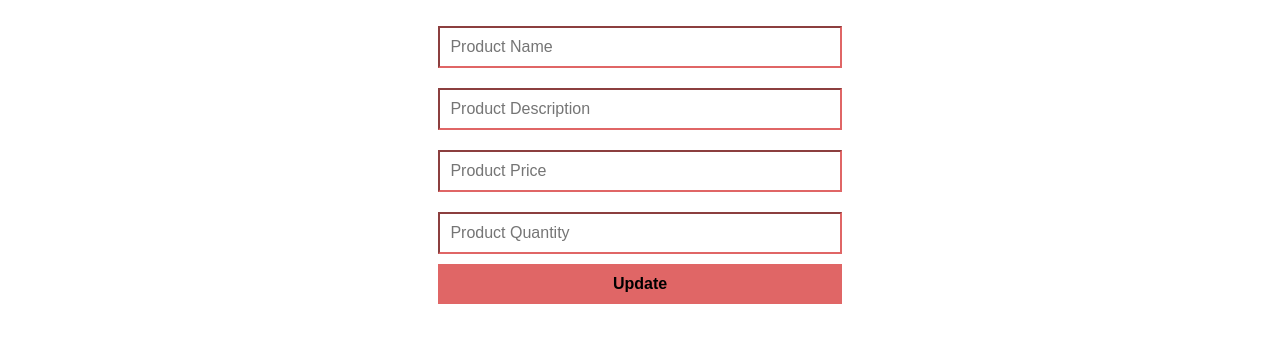
Repository: developerks611/Bumble-bee
Page: http://localhost/Bumble/view-one-brand.jsp
The author's editor kept a copy of each file at every save. The page is drawn from the files as they stood at one save, then again after the next save.
The browser window is 1280 px wide. The pictures show the whole page.
The page is served by Tomcat 9.

Above is the page before, as saved 2023-03-02 06:07:37.

After the next save:
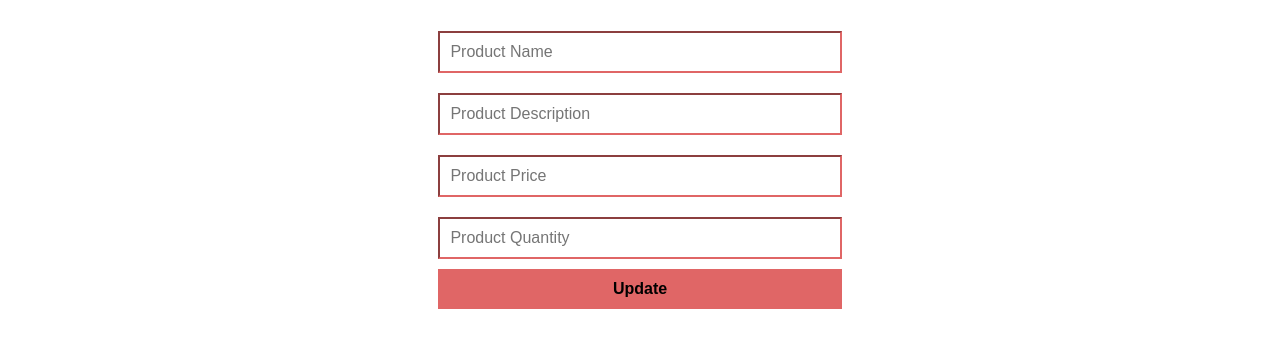
Saved 2 min 30 s later.
--- a/Bumble/src/main/webapp/view-one-brand.jsp
+++ b/Bumble/src/main/webapp/view-one-brand.jsp
@@ -44,11 +44,8 @@
 <p>${message}</p>
 <p>
 <tag:set var = "product" scope = "session" value = "${product}"/>
- <tag:if test = "${product}">
+<h1>${product.getProductid()}</h1>
 
- <h1>${product.getProductid()}</h1>
-
- </tag:if>
 
 </p>
 <form action="updateProduct" method="Post">

After the save that followed:
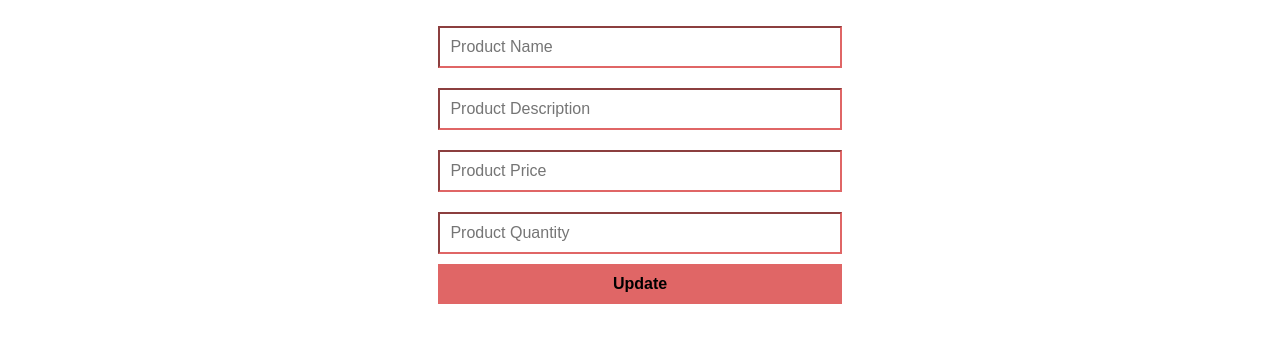
Saved 31 s later.
--- a/Bumble/src/main/webapp/view-one-brand.jsp
+++ b/Bumble/src/main/webapp/view-one-brand.jsp
@@ -44,10 +44,7 @@
 <p>${message}</p>
 <p>
 <tag:set var = "product" scope = "session" value = "${product}"/>
-<h1>${product.getProductid()}</h1>
 
-
-</p>
 <form action="updateProduct" method="Post">
 
 <input type="text" placeholder="Product Name" name="productname" required class="txt_input"><br>
